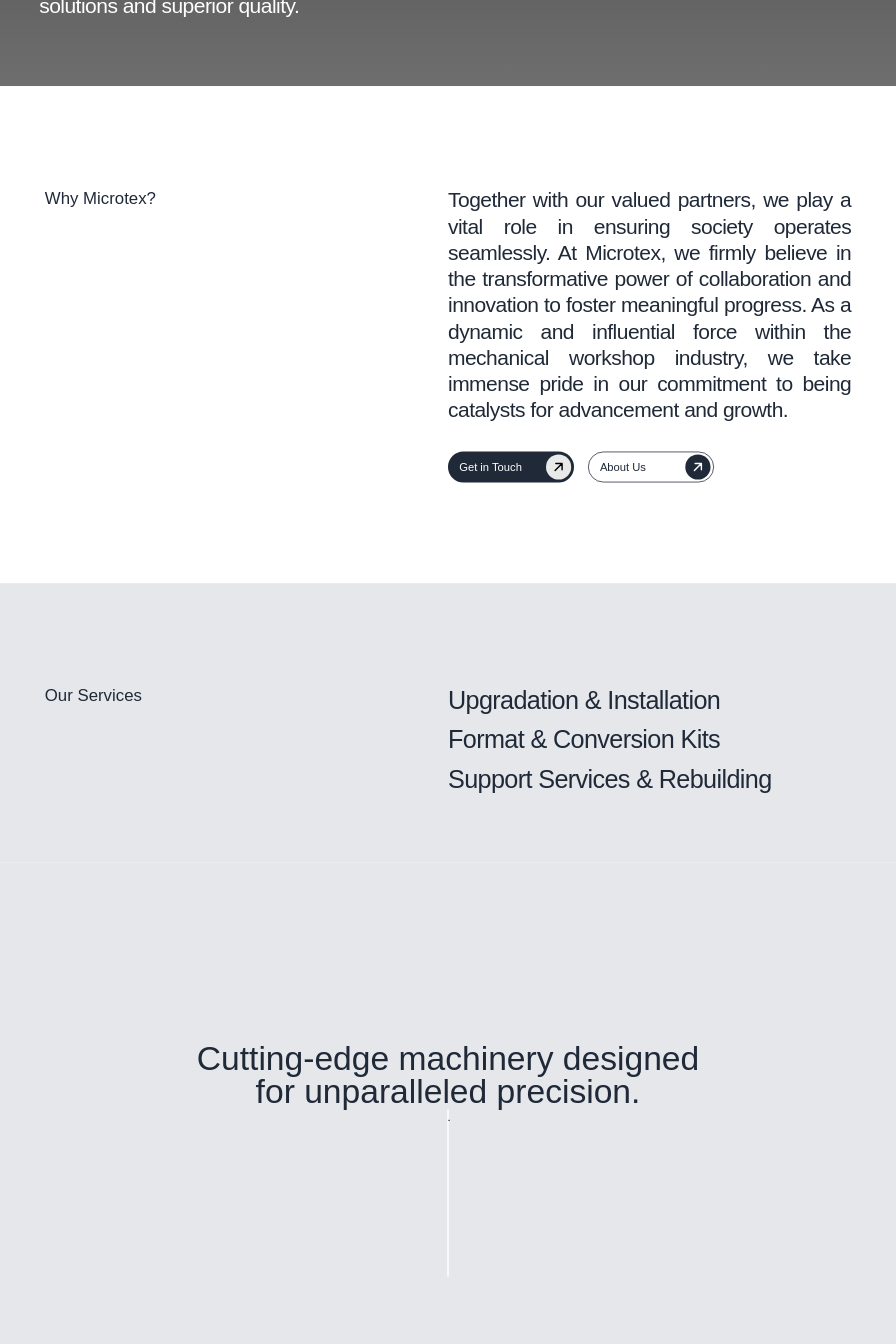
Repository: vespersolutionspk18/microtexwebsite
Page: /
An editor plug-in stored every save of this project. The page is shown before and after the next save, followed by the edit.
The browser window is 1280 px wide. The pictures show the part of the page from y = 683 to 2603 px (the page is 2603 px tall), at 70% of full size.
Pictures or frames that could not be fetched are drawn as grey boxes. Some web fonts or font styles are not loaded; a fallback is used. The project was rebuilt for these pictures with package versions that can differ from the ones it lists, and the page was loaded fresh each time. The framework's server and built-in components were replaced by stand-ins that run in the browser. Also part of the build but not shown: next.config.mjs.

Above is the page before, as saved 2024-11-18 21:27:06.

After the next save:
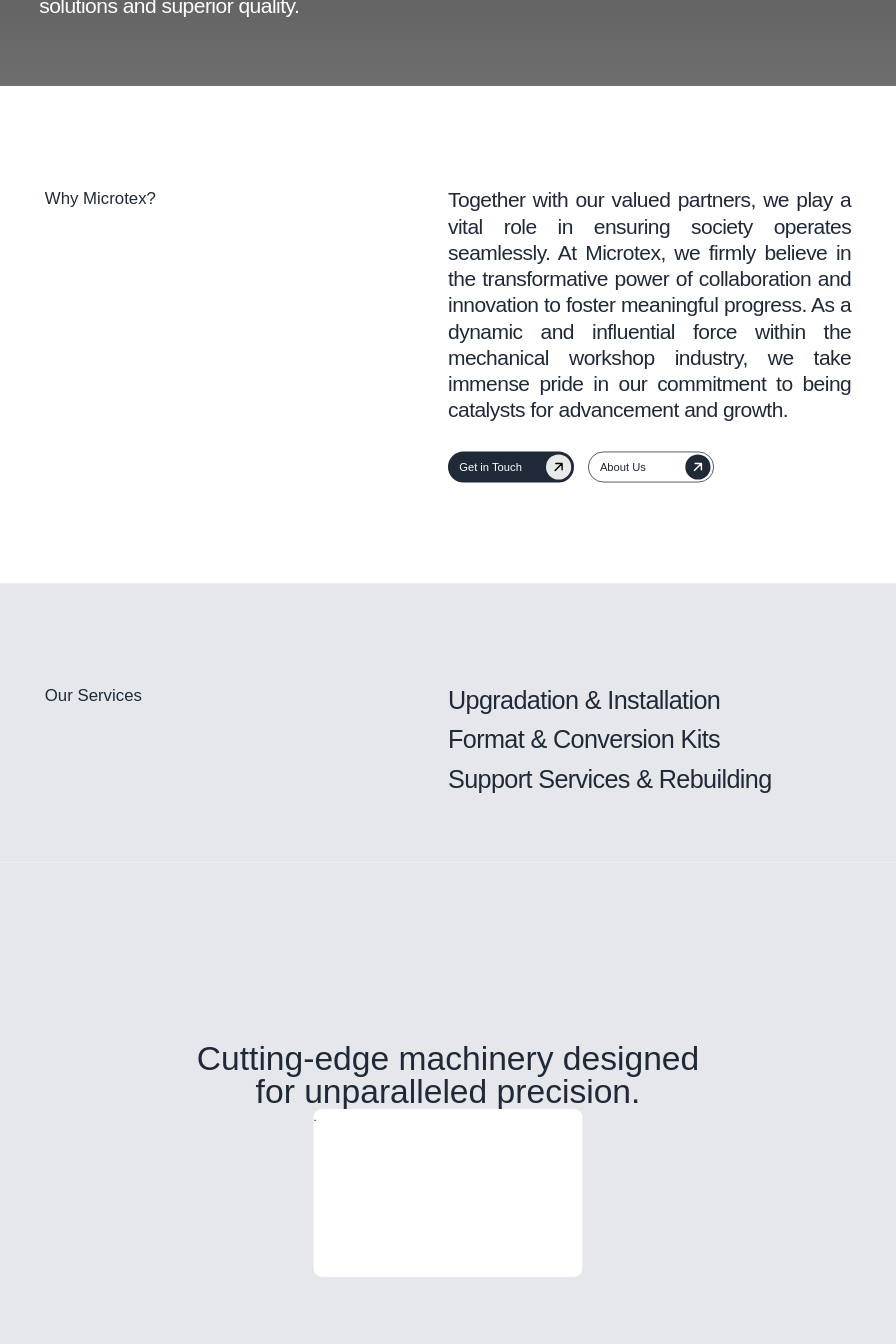
Saved 11 s later.
--- a/app/OurMachines.tsx
+++ b/app/OurMachines.tsx
@@ -4,7 +4,7 @@ const OurMachines = () => {
   return (
     <div className="flex flex-col bg-gray-200 md:pt-64 pr-16 pl-16 pb-24 items-center justify-evenly">
     <h3 className="font-light text-center text-gray-800 font-sans text-5xl">Cutting-edge machinery designed <br></br>for unparalleled precision.</h3>
-    <div className="flex flex-row gap-10 items-center justify-evenly">
+    <div className="flex flex-row gap-10 items-center justify-evenly w-full">
     <div className="h-[240px] w-1/3 bg-white rounded-xl">.</div>
     </div>
     </div>
